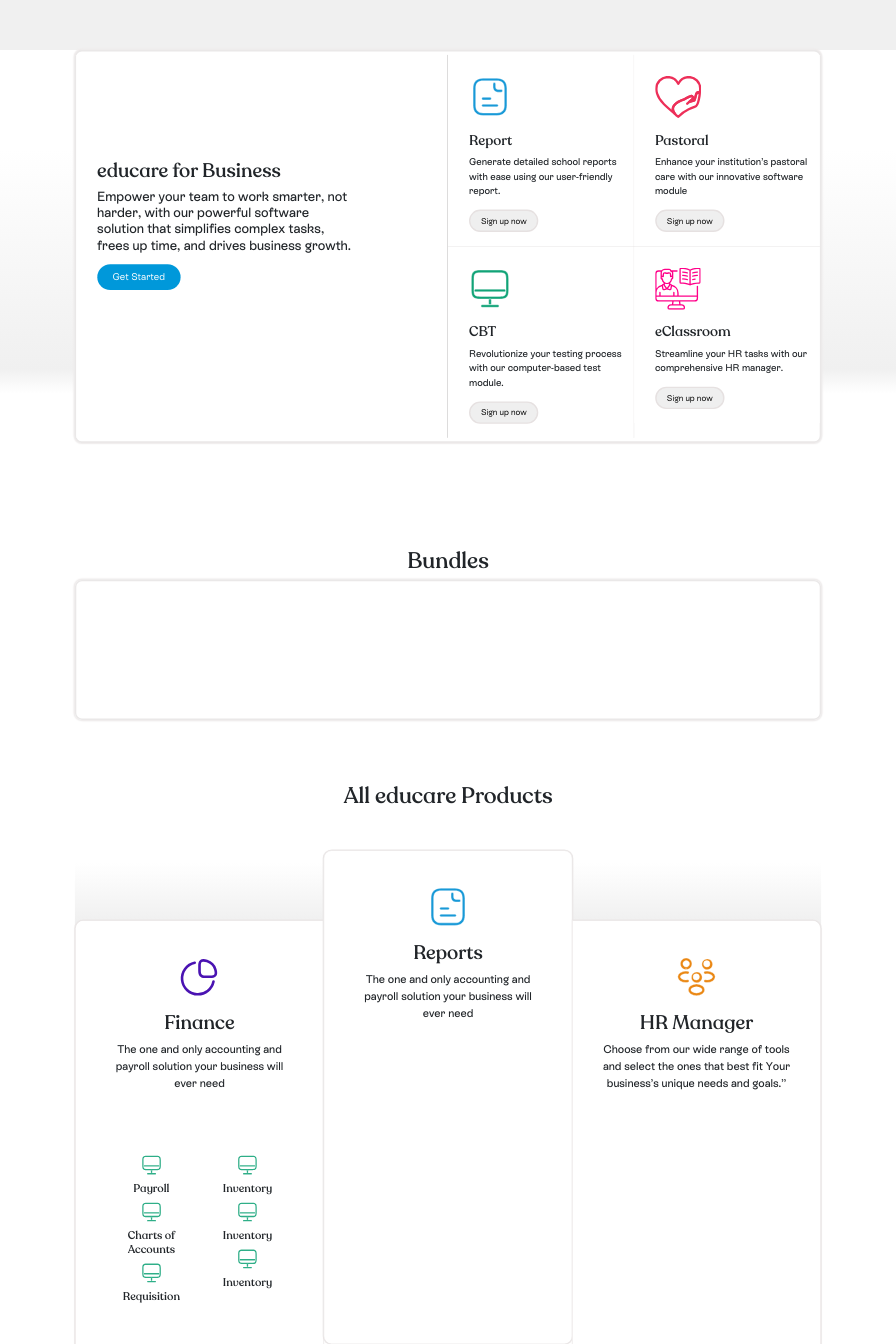
Repository: sarahnnanyelugo/educare-web
Page: /
An editor plug-in stored every save of this project. The page is shown before and after the next save, followed by the edit.
The browser window is 1280 px wide. The pictures show the part of the page from y = 1819 to 3739 px (the page is 3739 px tall), at 70% of full size.
The project was rebuilt for these pictures with package versions that can differ from the ones it lists, and the page was loaded fresh each time.

Above is the page before, as saved 2023-04-05 11:01:28.

After the next save:
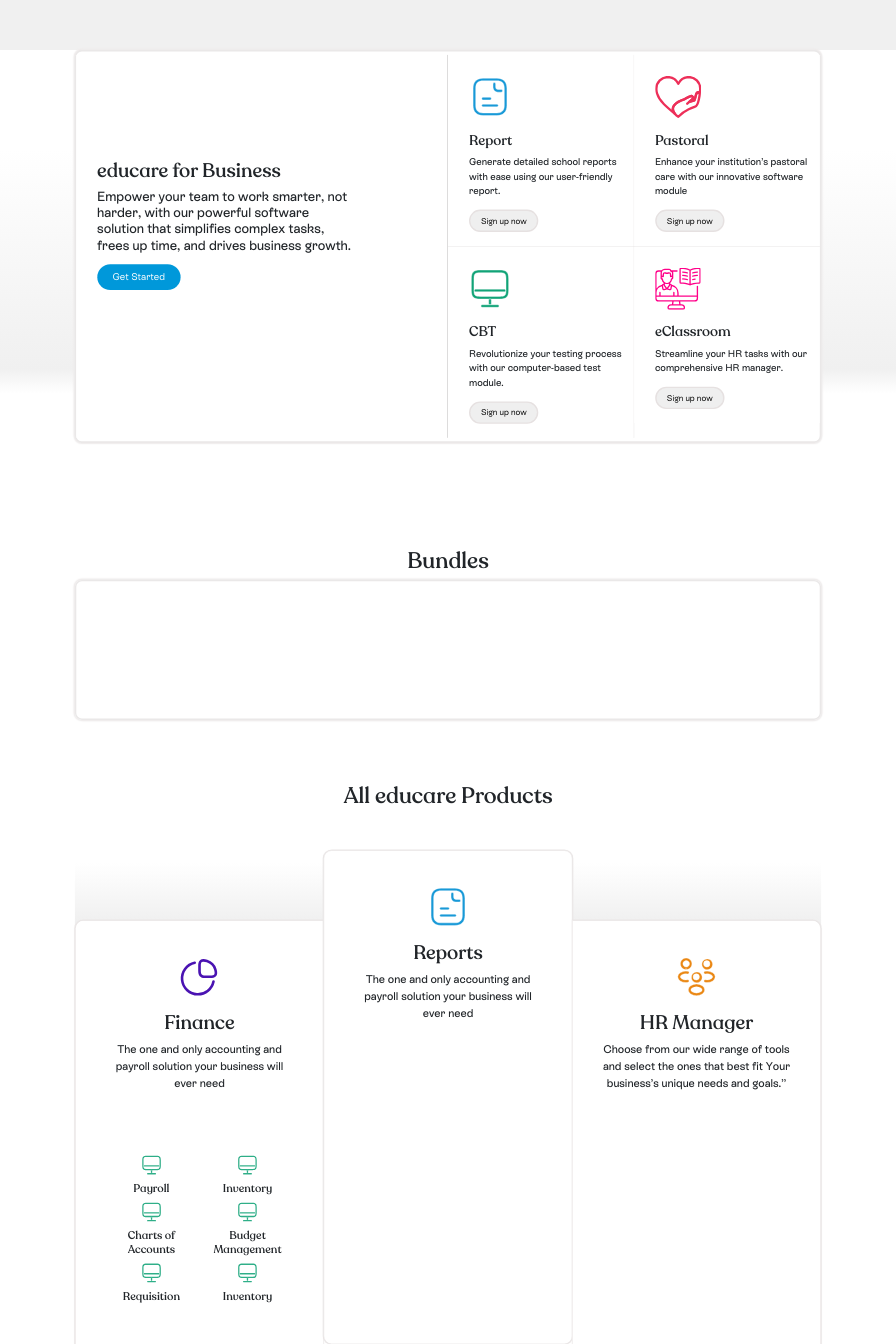
Saved 11 s later.
--- a/src/pages/Home/Home.tsx
+++ b/src/pages/Home/Home.tsx
@@ -215,7 +215,7 @@ export const Home = () => {
                 />{" "}
                 <OtherEducareProducts
                   productIcon={Screen}
-                  productName="Inventory"
+                  productName="Budget Management"
                 />{" "}
                 <OtherEducareProducts
                   productIcon={Screen}
